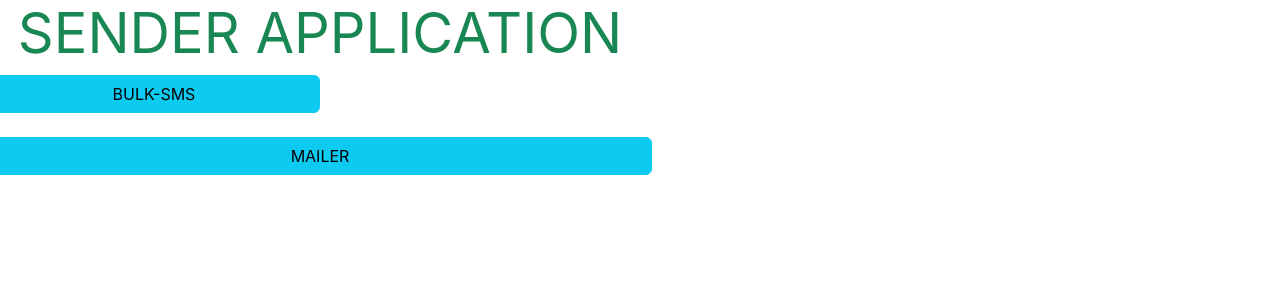
Repository: oluwaseyi9325/react-redux
Page: /mailer
An editor plug-in stored every save of this project. The page is shown before and after the next save, followed by the edit.
The browser window is 1280 px wide. The pictures show the whole page.
The project was rebuilt for these pictures with package versions that can differ from the ones it lists, and the page was loaded fresh each time. Also part of the build but not shown: src/Pages/Index.tsx, src/Pages/NotFond.tsx.

Above is the page before, as saved 2023-04-18 17:16:57.

### public/index.html
<!DOCTYPE html>
<html lang="en">

<head>
  <meta charset="utf-8" />
  <link rel="icon" href="%PUBLIC_URL%/favicon.ico" />
  <meta name="viewport" content="width=device-width, initial-scale=1" />
  <meta name="theme-color" content="#000000" />
  <meta name="description" content="Web site created using create-react-app" />
  <link rel="apple-touch-icon" href="%PUBLIC_URL%/logo192.png" />
  <link rel="manifest" href="%PUBLIC_URL%/manifest.json" />
  <link href="https://cdn.jsdelivr.net/npm/bootstrap@5.2.3/dist/css/bootstrap.min.css" rel="stylesheet" integrity="sha384-rbsA2VBKQhggwzxH7pPCaAqO46MgnOM80zW1RWuH61DGLwZJEdK2Kadq2F9CUG65" crossorigin="anonymous">
  <script src="https://cdn.jsdelivr.net/npm/bootstrap@5.2.3/dist/js/bootstrap.bundle.min.js" integrity="sha384-kenU1KFdBIe4zVF0s0G1M5b4hcpxyD9F7jL+jjXkk+Q2h455rYXK/7HAuoJl+0I4" crossorigin="anonymous"></script>
  <link rel="stylesheet" href="https://cdn.jsdelivr.net/npm/bootstrap-icons@1.10.3/font/bootstrap-icons.css">
  <title>SMS SENDER</title>
</head>

<body>
  <noscript>You need to enable JavaScript to run this app.</noscript>
  <div id="root"></div>
</body>

</html>

### src/index.tsx
import React from 'react';
import ReactDOM from 'react-dom/client';
import './index.css';
import App from './App';
import reportWebVitals from './reportWebVitals';
import { BrowserRouter } from 'react-router-dom';

const root = ReactDOM.createRoot(
  document.getElementById('root') as HTMLElement
);
root.render(
  <React.StrictMode>
    <BrowserRouter>
    <App />

    </BrowserRouter>
  </React.StrictMode>
);

// If you want to start measuring performance in your app, pass a function
// to log results (for example: reportWebVitals(console.log))
// or send to an analytics endpoint. Learn more: https://bit.ly/CRA-vitals
reportWebVitals();

### src/App.tsx
import React from 'react'
import { Route, Router, Routes } from 'react-router-dom'
import Index from './Pages/Index'
import Mailer from './Pages/Mailer'
import NotFond from './Pages/NotFond'

const App = () => {

  return (
    <>
    <Routes>
      <Route path='/' element={<Index/>} />
      <Route path='/mailer' element={<Mailer/>} />
      <Route path='*' element={<NotFond/>}/>
    </Routes>
    </>
  )
}

export default App

### src/Pages/Mailer.tsx
import React from 'react'
import NavBar from '../Components/NavBar'

const Mailer = () => {
  return (
    <div>
      <NavBar/>
    </div>
  )
}

export default Mailer

### src/Components/NavBar.tsx
import React from 'react'

const NavBar = () => {
  return (
    <>

      <div className='text-center col-6'>
        <h4 className='text-success display-4'><b>SENDER APPLICATION</b></h4>
        <div className='gap-4 row'>
            <button className='btn btn-info col-6'>BULK-SMS</button>
            <button className='btn btn-info'>MAILER</button>
        </div>
      </div>

    </>
  )
}

export default NavBar

Loaded but not shown: src/index.css (common file); src/reportWebVitals.ts (common file)

After the next save:
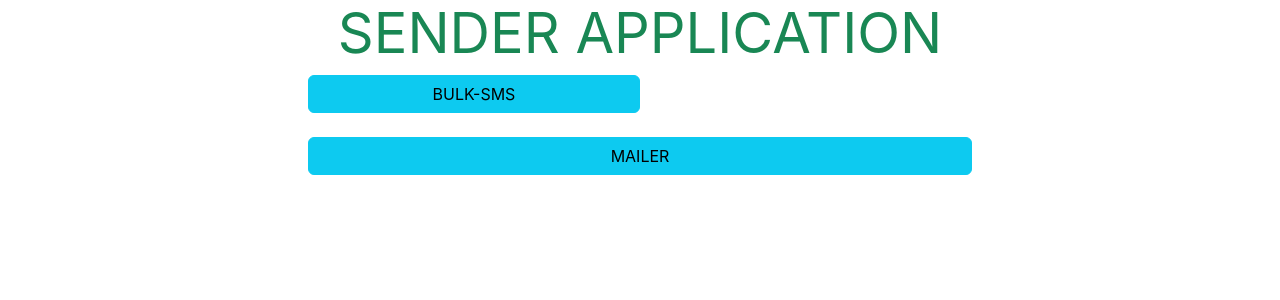
Saved 5 s later.
--- a/src/Components/NavBar.tsx
+++ b/src/Components/NavBar.tsx
@@ -4,7 +4,7 @@ const NavBar = () => {
   return (
     <>
 
-      <div className='text-center col-6'>
+      <div className='text-center col-6 mx-auto'>
         <h4 className='text-success display-4'><b>SENDER APPLICATION</b></h4>
         <div className='gap-4 row'>
             <button className='btn btn-info col-6'>BULK-SMS</button>
